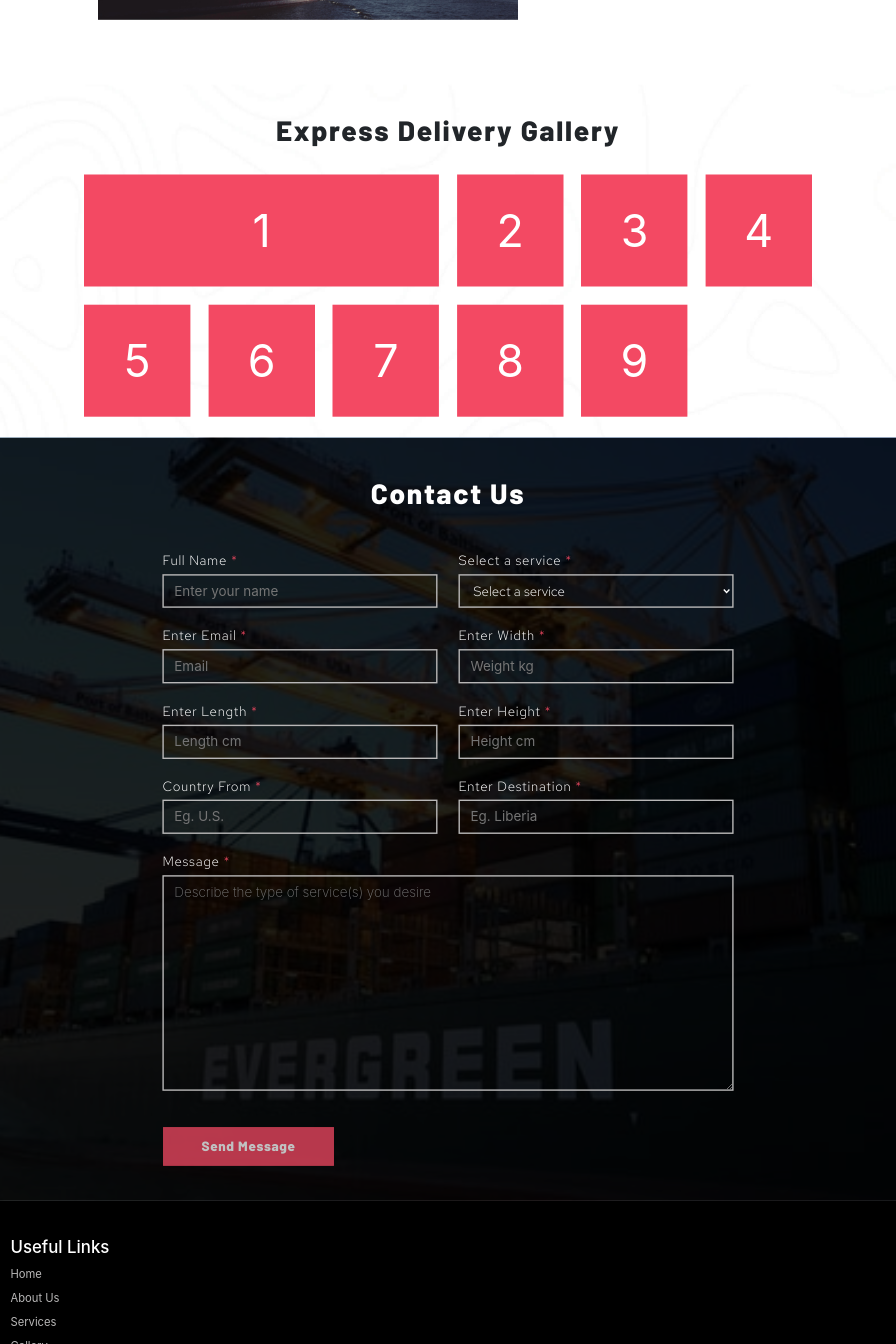
Repository: just-mann/express-delivery
Page: index.html
An editor plug-in stored every save of this project. The page is shown before and after the next save, followed by the edit.
The browser window is 1280 px wide. The pictures show the part of the page from y = 2655 to 4575 px (the page is 5187 px tall before and 5213 px after), at 70% of full size.
Some web libraries are served in a nearby version. The style sheet was rebuilt from its Sass, Less or Tailwind sources for each picture, by a compiler version that may differ from the author's.

Above is the page before, as saved 2021-07-08 01:39:20.

After the next save:
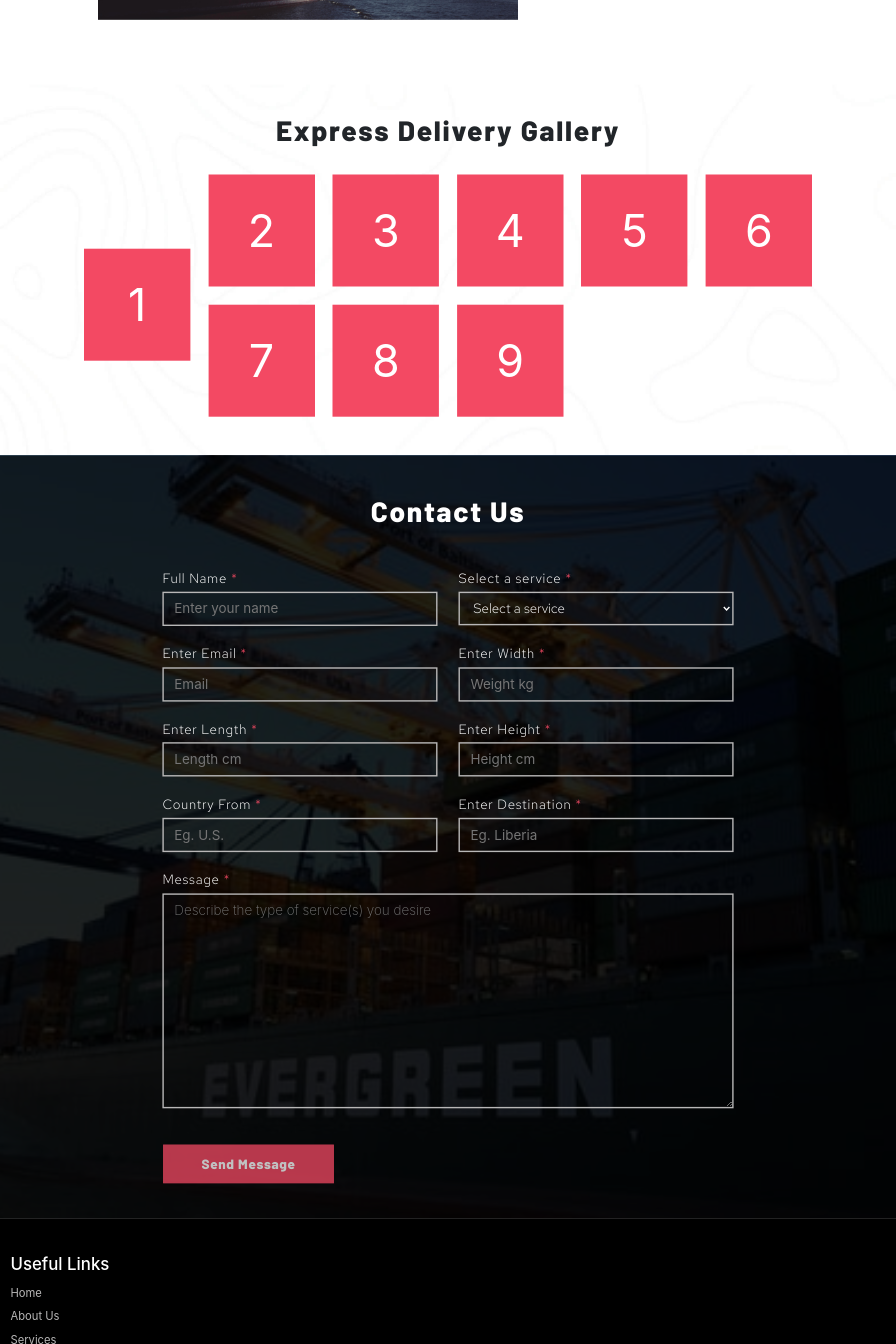
Saved 20 s later.
--- a/Sass/style.scss
+++ b/Sass/style.scss
@@ -494,7 +494,7 @@ header {
             text-align: center;
 
             &:nth-child(1) {
-                grid-column: span 3;
+                grid-row: span 3;
             }
         }
 
